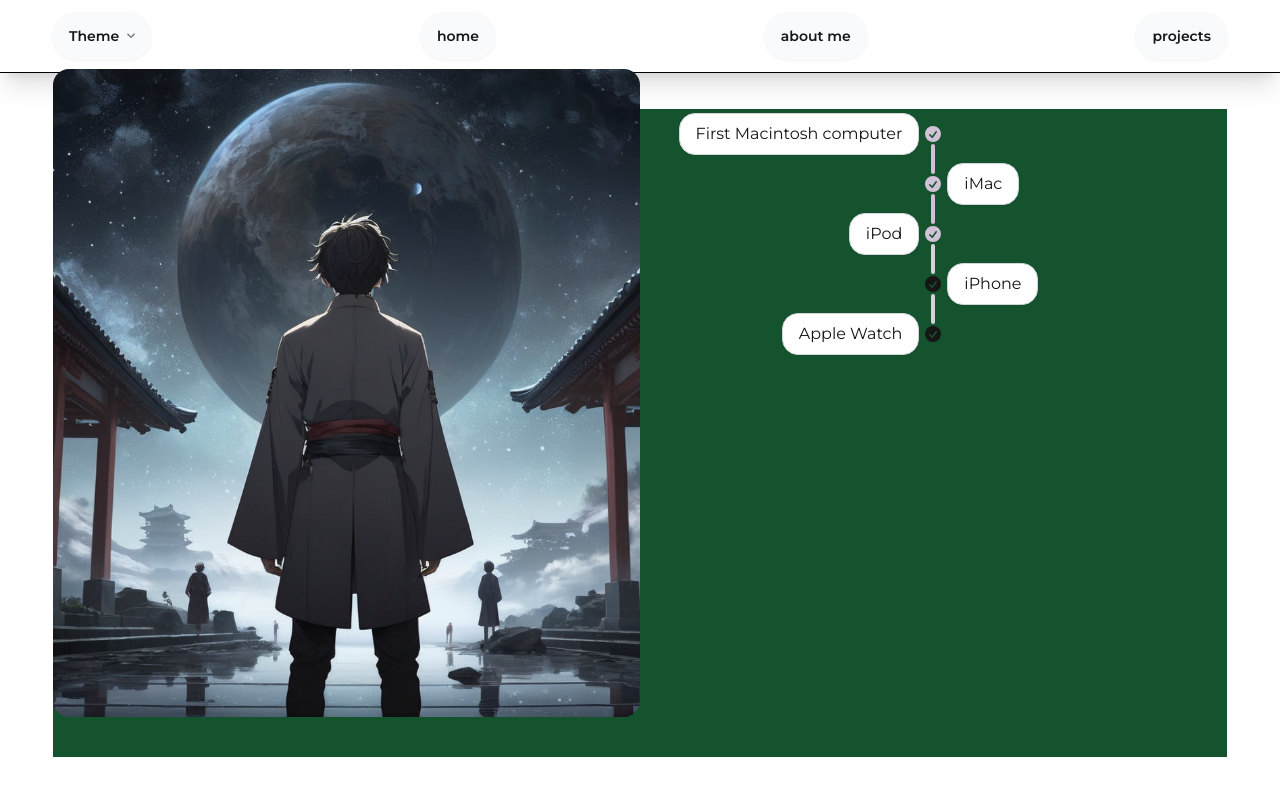
Repository: Yakyaz/myWebsite
Page: /about
An editor plug-in stored every save of this project. The page is shown before and after the next save, followed by the edit.
The browser window is 1280 px wide. The pictures show the whole page.
The project was rebuilt for these pictures with package versions that can differ from the ones it lists, and the page was loaded fresh each time. The framework's server and built-in components were replaced by stand-ins that run in the browser. Also part of the build but not shown: next.config.js.

Above is the page before, as saved 2023-12-05 21:51:07.

### app/layout.tsx
import type { Metadata } from "next";
import { Montserrat } from "next/font/google";
import "./globals.css";
import Navbar from "../components/navbar";

const montserrat = Montserrat({ subsets: ["latin"] });

export const metadata: Metadata = {
  title: "Create Next App",
  description: "Generated by create next app",
};

export default function RootLayout({
  children,
}: {
  children: React.ReactNode;
}) {
  return (
    <html lang="en" data-theme="pastel" style={{ overflow: "hidden" }}>
      <body className={montserrat.className} style={{ overflow: "hidden" }}>
        <Navbar />
        <div>{children}</div>
      </body>
    </html>
  );
}

### app/about/page.tsx
import Link from "next/link";
import bg from "public/background.png";
import Image from "next/image";
function Home() {
  return (
    <main className="w-screen h-screen flex items-center justify-center ">
      <div
        className="bg-green-900 w-11/12 flex  items-center justify-between"
        style={{ height: "90%" }}
      >
        <div className=" h-full w-1/2 mb-20">
          <Image
            className="   h-full w-full object-cover rounded-2xl "
            alt="Pb"
            src={bg}
            placeholder="blur"
            quality={100}
            sizes="100%"
          />
        </div>

        <div className="w-1/2 h-full">
          <ul className="timeline timeline-vertical">
            <li>
              <div className="timeline-start timeline-box">
                First Macintosh computer
              </div>
              <div className="timeline-middle">
                <svg
                  xmlns="http://www.w3.org/2000/svg"
                  viewBox="0 0 20 20"
                  fill="currentColor"
                  className="w-5 h-5 text-primary"
                >
                  <path
                    fillRule="evenodd"
                    d="M10 18a8 8 0 100-16 8 8 0 000 16zm3.857-9.809a.75.75 0 00-1.214-.882l-3.483 4.79-1.88-1.88a.75.75 0 10-1.06 1.061l2.5 2.5a.75.75 0 001.137-.089l4-5.5z"
                    clipRule="evenodd"
                  />
                </svg>
              </div>
              <hr className="bg-primary" />
            </li>
            <li>
              <hr className="bg-primary" />
              <div className="timeline-middle">
                <svg
                  xmlns="http://www.w3.org/2000/svg"
                  viewBox="0 0 20 20"
                  fill="currentColor"
                  className="w-5 h-5 text-primary"
                >
                  <path
                    fillRule="evenodd"
                    d="M10 18a8 8 0 100-16 8 8 0 000 16zm3.857-9.809a.75.75 0 00-1.214-.882l-3.483 4.79-1.88-1.88a.75.75 0 10-1.06 1.061l2.5 2.5a.75.75 0 001.137-.089l4-5.5z"
                    clipRule="evenodd"
                  />
                </svg>
              </div>
              <div className="timeline-end timeline-box">iMac</div>
              <hr className="bg-primary" />
            </li>
            <li>
              <hr className="bg-primary" />
              <div className="timeline-start timeline-box">iPod</div>
              <div className="timeline-middle">
                <svg
                  xmlns="http://www.w3.org/2000/svg"
                  viewBox="0 0 20 20"
                  fill="currentColor"
                  className="w-5 h-5 text-primary"
                >
                  <path
                    fillRule="evenodd"
                    d="M10 18a8 8 0 100-16 8 8 0 000 16zm3.857-9.809a.75.75 0 00-1.214-.882l-3.483 4.79-1.88-1.88a.75.75 0 10-1.06 1.061l2.5 2.5a.75.75 0 001.137-.089l4-5.5z"
                    clipRule="evenodd"
                  />
                </svg>
              </div>
              <hr />
            </li>
            <li>
              <hr />
              <div className="timeline-middle">
                <svg
                  xmlns="http://www.w3.org/2000/svg"
                  viewBox="0 0 20 20"
                  fill="currentColor"
                  className="w-5 h-5"
                >
                  <path
                    fillRule="evenodd"
                    d="M10 18a8 8 0 100-16 8 8 0 000 16zm3.857-9.809a.75.75 0 00-1.214-.882l-3.483 4.79-1.88-1.88a.75.75 0 10-1.06 1.061l2.5 2.5a.75.75 0 001.137-.089l4-5.5z"
                    clipRule="evenodd"
                  />
                </svg>
              </div>
              <div className="timeline-end timeline-box">iPhone</div>
              <hr />
            </li>
            <li>
              <hr />
              <div className="timeline-start timeline-box">Apple Watch</div>
              <div className="timeline-middle">
                <svg
                  xmlns="http://www.w3.org/2000/svg"
                  viewBox="0 0 20 20"
                  fill="currentColor"
                  className="w-5 h-5"
                >
                  <path
                    fillRule="evenodd"
                    d="M10 18a8 8 0 100-16 8 8 0 000 16zm3.857-9.809a.75.75 0 00-1.214-.882l-3.483 4.79-1.88-1.88a.75.75 0 10-1.06 1.061l2.5 2.5a.75.75 0 001.137-.089l4-5.5z"
                    clipRule="evenodd"
                  />
                </svg>
              </div>
            </li>
          </ul>
        </div>
      </div>
    </main>
  );
}

export default Home;

### components/navbar.tsx
import Link from "next/link";
import React from "react";
import Toggle from "./toggle";

const Navbar = () => {
  return (
    <ul className="flex flex-row justify-between items-center p-2 pr-12 pl-12 border-b border-black shadow-xl">
      <li>
        <Toggle />
      </li>
      <li>
        <Link className=" btn m-1" href="/home">
          home
        </Link>
      </li>
      <li>
        <Link className="btn m-1" href="/about">
          about me
        </Link>
      </li>
      <li>
        <Link className="btn m-1" href="/projects">
          projects
        </Link>
      </li>
    </ul>
  );
};

export default Navbar;

### components/toggle.tsx
import React from "react";

const Toggle = () => {
  return (
    <div className="dropdown ">
      <div tabIndex={0} role="button" className="btn m-1">
        Theme
        <svg
          width="12px"
          height="12px"
          className="h-2 w-2 fill-current opacity-60 inline-block"
          xmlns="http://www.w3.org/2000/svg"
          viewBox="0 0 2048 2048"
        >
          <path d="M1799 349l242 241-1017 1017L7 590l242-241 775 775 775-775z"></path>
        </svg>
      </div>
      <ul
        tabIndex={0}
        className="dropdown-content z-[1] p-2 shadow-2xl bg-base-300 rounded-box w-52"
      >
        <li>
          <input
            type="radio"
            name="theme-dropdown"
            className="theme-controller btn btn-sm btn-block btn-ghost justify-start"
            aria-label="Default"
            value="default"
          />
        </li>
        <li>
          <input
            type="radio"
            name="theme-dropdown"
            className="theme-controller btn btn-sm btn-block btn-ghost justify-start"
            aria-label="Retro"
            value="retro"
          />
        </li>
        <li>
          <input
            type="radio"
            name="theme-dropdown"
            className="theme-controller btn btn-sm btn-block btn-ghost justify-start"
            aria-label="Cyberpunk"
            value="cyberpunk"
          />
        </li>
        <li>
          <input
            type="radio"
            name="theme-dropdown"
            className="theme-controller btn btn-sm btn-block btn-ghost justify-start"
            aria-label="Dracula"
            value="dracula"
          />
        </li>
        <li>
          <input
            type="radio"
            name="theme-dropdown"
            className="theme-controller btn btn-sm btn-block btn-ghost justify-start"
            aria-label="Aqua"
            value="aqua"
          />
        </li>
      </ul>
    </div>
  );
};

export default Toggle;

### tailwind.config.ts
import type { Config } from "tailwindcss";

const config: Config = {
  content: [
    "./pages/**/*.{js,ts,jsx,tsx,mdx}",
    "./components/**/*.{js,ts,jsx,tsx,mdx}",
    "./app/**/*.{js,ts,jsx,tsx,mdx}",
  ],
  theme: {
    extend: {
      backgroundImage: {
        "gradient-radial": "radial-gradient(var(--tw-gradient-stops))",
        "gradient-conic":
          "conic-gradient(from 180deg at 50% 50%, var(--tw-gradient-stops))",
      },
    },
  },
  plugins: [require("daisyui")],
  daisyui: {
    themes: ["pastel", "retro", "cyberpunk", "dracula", "aqua"],
  },
};
export default config;

Loaded but not shown: app/globals.css (common file)

After the next save:
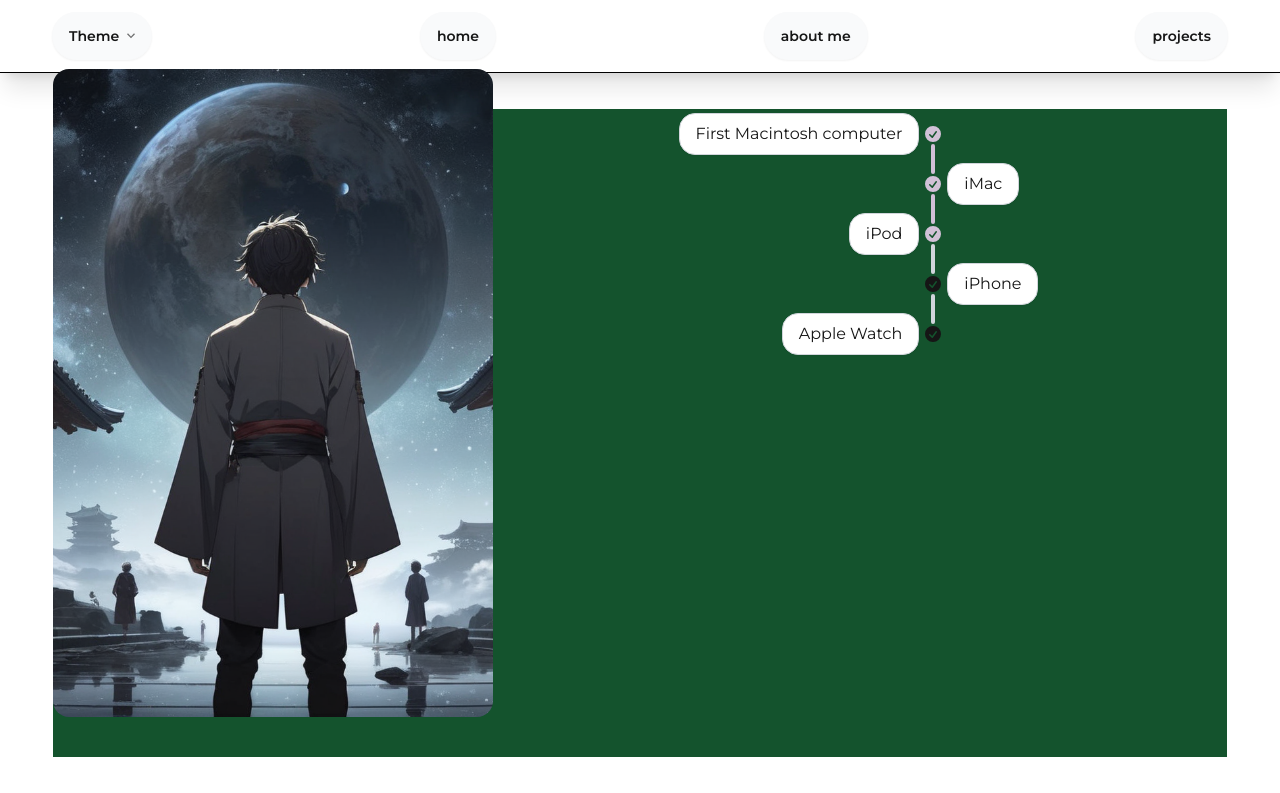
Saved 14 s later.
--- a/app/about/page.tsx
+++ b/app/about/page.tsx
@@ -10,7 +10,7 @@
       >
         <div className=" h-full w-1/2 mb-20">
           <Image
-            className="   h-full w-full object-cover rounded-2xl "
+            className="   h-full w-3/4 object-cover rounded-2xl "
             alt="Pb"
             src={bg}
             placeholder="blur"
